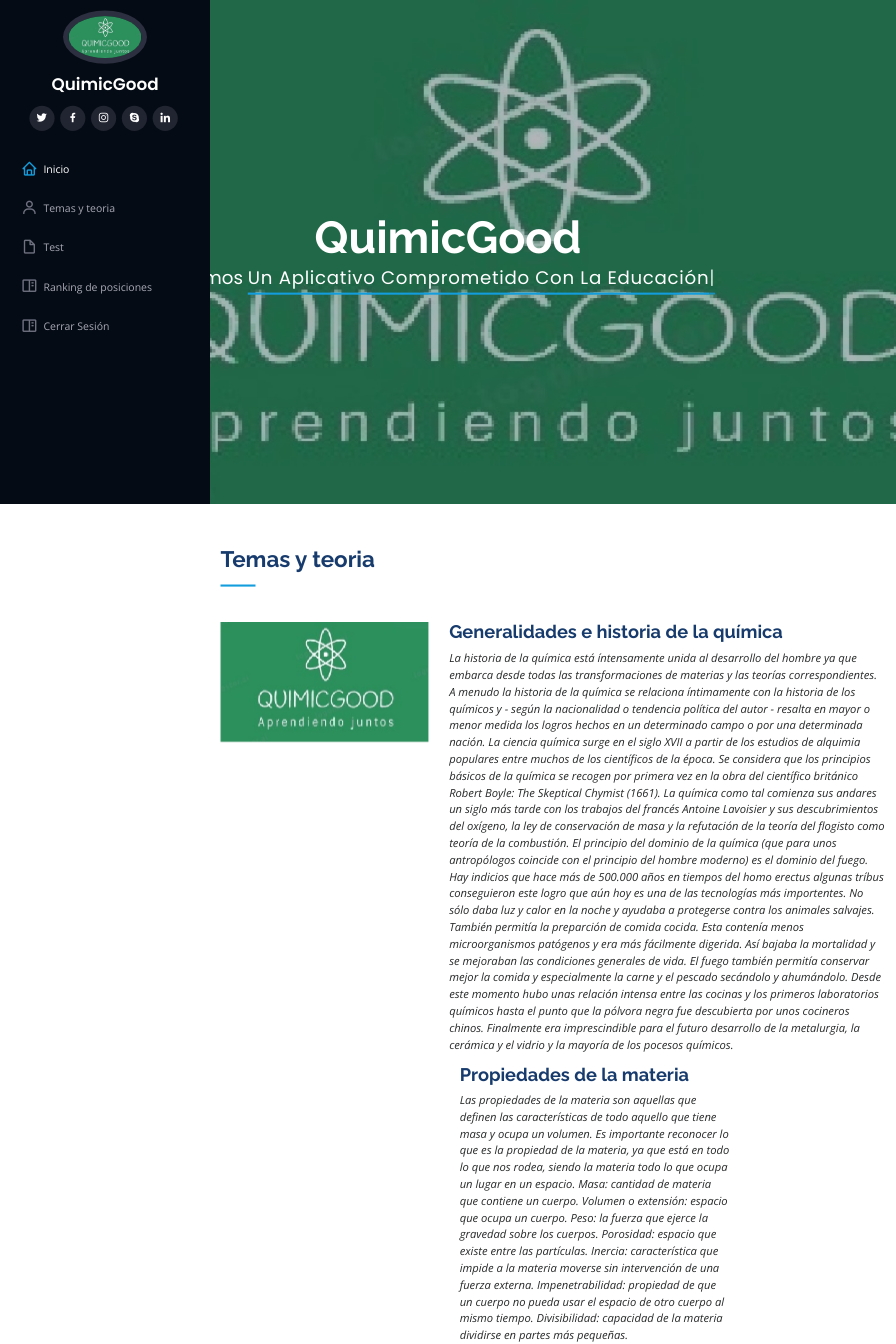
Repository: Ath-200/Quimic_G
Page: index.html
An editor plug-in stored every save of this project. The page is shown before and after the next save, followed by the edit.
The browser window is 1280 px wide. The pictures show the part of the page from y = 0 to 1920 px (the page is 3573 px tall), at 70% of full size.
Backgrounds fixed to the window are drawn as part of the page.

Above is the page before, as saved 2020-10-02 09:32:15.

### index.html
<!DOCTYPE html>
<html lang="en">

<head>
  <meta charset="utf-8">
  <meta content="width=device-width, initial-scale=1.0" name="viewport">

  <title>Quimic Good</title>
  <meta content="" name="description">
  <meta content="" name="keywords">

  <!-- Favicons -->
  <link href="assets/img/favicon.png" rel="icon">
  <link href="assets/img/apple-touch-icon.png" rel="apple-touch-icon">

  <!-- Google Fonts -->
  <link href="https://fonts.googleapis.com/css?family=Open+Sans:300,300i,400,400i,600,600i,700,700i|Raleway:300,300i,400,400i,500,500i,600,600i,700,700i|Poppins:300,300i,400,400i,500,500i,600,600i,700,700i" rel="stylesheet">

  <!-- Vendor CSS Files -->
  <link href="assets/vendor/bootstrap/css/bootstrap.min.css" rel="stylesheet">
  <link href="assets/vendor/icofont/icofont.min.css" rel="stylesheet">
  <link href="assets/vendor/boxicons/css/boxicons.min.css" rel="stylesheet">
  <link href="assets/vendor/venobox/venobox.css" rel="stylesheet">
  <link href="assets/vendor/owl.carousel/assets/owl.carousel.min.css" rel="stylesheet">
  <link href="assets/vendor/aos/aos.css" rel="stylesheet">

  <!-- Template Main CSS File -->
  <link href="assets/css/style.css" rel="stylesheet">

  <!-- =======================================================
  * Template Name: iPortfolio - v1.4.0
  * Template URL: https://bootstrapmade.com/iportfolio-bootstrap-portfolio-websites-template/
  * Author: BootstrapMade.com
  * License: https://bootstrapmade.com/license/
  ======================================================== -->
</head>

<body>

  <!-- ======= Mobile nav toggle button ======= -->
  <button type="button" class="mobile-nav-toggle d-xl-none"><i class="icofont-navigation-menu"></i></button>

  <!-- ======= Header ======= -->
  <header id="header">
    <div class="d-flex flex-column">

      <div class="profile">
        <img src="assets/img/profile-img.jpg" alt="" class="img-fluid rounded-circle">
        <h1 class="text-light"><a href="index.html">QuimicGood</a></h1>
        <div class="social-links mt-3 text-center">
          <a href="#" class="twitter"><i class="bx bxl-twitter"></i></a>
          <a href="https://www.facebook.com/Parchados-En-San-Nicolas-106888007661043/" class="facebook"><i class="bx bxl-facebook"></i></a>
          <a href="#" class="instagram"><i class="bx bxl-instagram"></i></a>
          <a href="#" class="google-plus"><i class="bx bxl-skype"></i></a>
          <a href="#" class="linkedin"><i class="bx bxl-linkedin"></i></a>
        </div>
      </div>

      <nav class="nav-menu">
        <ul>
          <li class="active"><a href="index.html"><i class="bx bx-home"></i> <span>Inicio</span></a></li>
          <li><a href="#about"><i class="bx bx-user"></i> <span>Temas y teoria</span></a></li>
          <li><a href="#resume"><i class="bx bx-file-blank"></i> <span>Test</span></a></li>
          <li><a href="#portfolio"><i class="bx bx-book-content"></i>Ranking de posiciones</a></li>
          <li><a href="Login.html"><i class="bx bx-book-content"></i>Cerrar Sesión</a></li>

        </ul>
      </nav><!-- .nav-menu -->
      <button type="button" class="mobile-nav-toggle d-xl-none"><i class="icofont-navigation-menu"></i></button>

    </div>
  </header><!-- End Header -->

  <!-- ======= Hero Section ======= -->
  <section id="hero" class="d-flex flex-column justify-content-center align-items-center">
    <div class="hero-container" data-aos="fade-in">
      <h1><br><center>QuimicGood</center> </h1>
      <p>Somos <span class="typed" data-typed-items="Un Aplicativo Comprometido Con La Educación, Capacitados Para Formar Estudiantes Y Docentes"></span></p>
    </div>
  </section><!-- End Hero -->

  <main id="main">

    <!-- ======= About Section ======= -->
    <section id="about" class="about">
      <div class="container">

        <div class="section-title">
          <h2>Temas y teoria</h2>

        </div>

        <div class="row">
          <div class="col-lg-4" data-aos="fade-right">
            <img src="assets/img/profile-img.jpg" class="img-fluid" alt="">
          </div>
          <div class="col-lg-8 pt-4 pt-lg-0 content" data-aos="fade-left">
            <h3>Generalidades e historia de la química</h3>
            <p class="font-italic">
              La historia de la química está íntensamente unida al desarrollo del hombre ya que embarca desde todas las transformaciones de materias y las teorías correspondientes. A menudo la historia de la química se relaciona íntimamente con la historia de los químicos y - según la nacionalidad o tendencia política del autor - resalta en mayor o menor medida los logros hechos en un determinado campo o por una determinada nación.
              La ciencia química surge en el siglo XVII a partir de los estudios de alquimia populares entre muchos de los científicos de la época. Se considera que los principios básicos de la química se recogen por primera vez en la obra del científico británico Robert Boyle: The Skeptical Chymist (1661). La química como tal comienza sus andares un siglo más tarde con los trabajos del francés Antoine Lavoisier y sus descubrimientos del oxígeno,
              la ley de conservación de masa y la refutación de la teoría del flogisto como teoría de la combustión.
              El principio del dominio de la química (que para unos antropólogos coincide con el principio del hombre moderno) es el dominio del fuego. Hay indicios que hace más de 500.000 años en tiempos del homo erectus algunas tríbus conseguieron este logro que aún hoy es una de las tecnologías más importentes. No sólo daba luz y calor en la noche y ayudaba a protegerse contra los animales salvajes. También permitía la preparción de comida cocida. Esta contenía menos microorganismos patógenos y era más fácilmente digerida. Así bajaba la mortalidad y se mejoraban las condiciones generales de vida.

             El fuego también permitía conservar mejor la comida y especialmente la carne y el pescado secándolo y ahumándolo.
             Desde este momento hubo unas relación intensa entre las cocinas y los primeros laboratorios químicos hasta el punto que la pólvora negra fue descubierta por unos cocineros chinos.
             Finalmente era imprescindible para el futuro desarrollo de la metalurgia, la cerámica y el vidrio y la mayoría de los pocesos químicos.
             </p>
            <div class="col-lg-8 pt-4 pt-lg-0 content" data-aos="fade-left">
              <h3>Propiedades de la materia</h3>
              <p class="font-italic">
                Las propiedades de la materia son aquellas que definen las características de todo aquello que tiene masa y ocupa un volumen.
                Es importante reconocer lo que es la propiedad de la materia, ya que está en todo lo que nos rodea,
                siendo la materia todo lo que ocupa un lugar en un espacio.
               Masa: cantidad de materia que contiene un cuerpo.
               Volumen o extensión: espacio que ocupa un cuerpo.
               Peso: la fuerza que ejerce la gravedad sobre los cuerpos.
               Porosidad: espacio que existe entre las partículas.
               Inercia: característica que impide a la materia moverse sin intervención de una fuerza externa.
               Impenetrabilidad: propiedad de que un cuerpo no pueda usar el espacio de otro cuerpo al mismo tiempo.
               Divisibilidad: capacidad de la materia dividirse en partes más pequeñas.
              </p>
            </div>
            <div class="col-lg-8 pt-4 pt-lg-0 content" data-aos="fade-left">
              <h3>Modelos atómicos</h3>
              <p class="font-italic">
                El modelo atómico es una representación estructural de un átomo que trata de explicar su comportamiento y propiedades.
                Modelo atómico de Demócrito (450 a.C.)
               Modelo atómico de Dalton (1803 d.C.)
               Modelo atómico de Lewis (1902 d.C.)
               Modelo atómico de Thomson (1904 d.C.)
               Modelo atómico de Rutherford (1911 d.C.)
               Modelo atómico de Bohr (1913 d.C.)
               Modelo atómico de Sommerfeld (1916 d.C.)
            </div>
            <div class="col-lg-8 pt-4 pt-lg-0 content" data-aos="fade-left">
              <h3>Enlaces quimicos</h3>
              <p class="font-italic">
                Conocemos como enlaces químicos a la fusión de átomos y moléculas para formar compuestos químicos más grandes y complejos dotados de estabilidad.
                En este proceso los átomos o moléculas alteran sus propiedades físicas y químicas, constituyendo nuevas sustancias homogéneas (no mezclas),
                inseparables a través de mecanismos físicos como el filtrado o el tamizado.
                Tipos de enlace químico:
                Enlace covalente.
                Enlace iónico.
                Enlace metálico
            </div>

          </div>

        </div>

      </div>
    </section><!-- End Resume Section -->

    <!-- ======= Portfolio Section ======= -->
    <section id="portfolio" class="portfolio section-bg">
      <div class="container">

        <div class="section-title">
          <h2>Test</h2>
        </div>

        <div class="row" data-aos="fade-up">
          <div class="col-lg-12 d-flex justify-content-center">
            <ul id="portfolio-flters">
              <li data-filter="*" class="filter-active">¿Como surge la química? Justifica tu respuesta</li>
              <li data-filter=".filter-app">App</li>
              <li data-filter=".filter-card">Card</li>
              <li data-filter=".filter-web">Web</li>
            </ul>
          </div>
        </div>

        <div class="row portfolio-container" data-aos="fade-up" data-aos-delay="100">

          <div class="col-lg-4 col-md-6 portfolio-item filter-app">
            <div class="portfolio-wrap">
              <img src="assets/img/portfolio/portfolio-1.jpg" class="img-fluid" alt="">
              <div class="portfolio-links">
                <a href="assets/img/portfolio/portfolio-1.jpg" data-gall="portfolioGallery" class="venobox" title="App 1"><i class="bx bx-plus"></i></a>
                <a href="portfolio-details.html" title="More Details"><i class="bx bx-link"></i></a>
              </div>
            </div>
          </div>

          <div class="col-lg-4 col-md-6 portfolio-item filter-web">
            <div class="portfolio-wrap">
              <img src="assets/img/portfolio/portfolio-2.jpg" class="img-fluid" alt="">
              <div class="portfolio-links">
                <a href="assets/img/portfolio/portfolio-2.jpg" data-gall="portfolioGallery" class="venobox" title="Web 3"><i class="bx bx-plus"></i></a>
                <a href="portfolio-details.html" title="More Details"><i class="bx bx-link"></i></a>
              </div>
            </div>
          </div>

          <div class="col-lg-4 col-md-6 portfolio-item filter-app">
            <div class="portfolio-wrap">
              <img src="assets/img/portfolio/portfolio-3.jpg" class="img-fluid" alt="">
              <div class="portfolio-links">
                <a href="assets/img/portfolio/portfolio-3.jpg" data-gall="portfolioGallery" class="venobox" title="App 2"><i class="bx bx-plus"></i></a>
                <a href="portfolio-details.html" title="More Details"><i class="bx bx-link"></i></a>
              </div>
            </div>
          </div>

          <div class="col-lg-4 col-md-6 portfolio-item filter-card">
            <div class="portfolio-wrap">
              <img src="assets/img/portfolio/portfolio-4.jpg" class="img-fluid" alt="">
              <div class="portfolio-links">
                <a href="assets/img/portfolio/portfolio-4.jpg" data-gall="portfolioGallery" class="venobox" title="Card 2"><i class="bx bx-plus"></i></a>
                <a href="portfolio-details.html" title="More Details"><i class="bx bx-link"></i></a>
              </div>
            </div>
          </div>

          <div class="col-lg-4 col-md-6 portfolio-item filter-web">
            <div class="portfolio-wrap">
              <img src="assets/img/portfolio/portfolio-5.jpg" class="img-fluid" alt="">
              <div class="portfolio-links">
                <a href="assets/img/portfolio/portfolio-5.jpg" data-gall="portfolioGallery" class="venobox" title="Web 2"><i class="bx bx-plus"></i></a>
                <a href="portfolio-details.html" title="More Details"><i class="bx bx-link"></i></a>
              </div>
            </div>
          </div>

          <div class="col-lg-4 col-md-6 portfolio-item filter-app">
            <div class="portfolio-wrap">
              <img src="assets/img/portfolio/portfolio-6.jpg" class="img-fluid" alt="">
              <div class="portfolio-links">
                <a href="assets/img/portfolio/portfolio-6.jpg" data-gall="portfolioGallery" class="venobox" title="App 3"><i class="bx bx-plus"></i></a>
                <a href="portfolio-details.html" title="More Details"><i class="bx bx-link"></i></a>
              </div>
            </div>
          </div>

          <div class="col-lg-4 col-md-6 portfolio-item filter-card">
            <div class="portfolio-wrap">
              <img src="assets/img/portfolio/portfolio-7.jpg" class="img-fluid" alt="">
              <div class="portfolio-links">
                <a href="assets/img/portfolio/portfolio-7.jpg" data-gall="portfolioGallery" class="venobox" title="Card 1"><i class="bx bx-plus"></i></a>
                <a href="portfolio-details.html" title="More Details"><i class="bx bx-link"></i></a>
              </div>
            </div>
          </div>

          <div class="col-lg-4 col-md-6 portfolio-item filter-card">
            <div class="portfolio-wrap">
              <img src="assets/img/portfolio/portfolio-8.jpg" class="img-fluid" alt="">
              <div class="portfolio-links">
                <a href="assets/img/portfolio/portfolio-8.jpg" data-gall="portfolioGallery" class="venobox" title="Card 3"><i class="bx bx-plus"></i></a>
                <a href="portfolio-details.html" title="More Details"><i class="bx bx-link"></i></a>
              </div>
            </div>
          </div>

          <div class="col-lg-4 col-md-6 portfolio-item filter-web">
            <div class="portfolio-wrap">
              <img src="assets/img/portfolio/portfolio-9.jpg" class="img-fluid" alt="">
              <div class="portfolio-links">
                <a href="assets/img/portfolio/portfolio-9.jpg" data-gall="portfolioGallery" class="venobox" title="Web 3"><i class="bx bx-plus"></i></a>
                <a href="portfolio-details.html" title="More Details"><i class="bx bx-link"></i></a>
              </div>
            </div>
          </div>

        </div>

      </div>
    </section><!-- End Portfolio Section -->
   <center> <a href="https://docs.google.com/forms/d/e/1FAIpQLSdKEG9_EhmqxEkPTEg8DegJ32c6P_874n0MmtBQapv9Ea1xGw/viewform?embedded=true""><h1>Llena el Siguiente Test</h1></a></center>
    <!-- ======= Services Section ======= -->

  </footer><!-- End  Footer -->

  <a href="#" class="back-to-top"><i class="icofont-simple-up"></i></a>

  <!-- Vendor JS Files -->
  <script src="assets/vendor/jquery/jquery.min.js"></script>
  <script src="assets/vendor/bootstrap/js/bootstrap.bundle.min.js"></script>
  <script src="assets/vendor/jquery.easing/jquery.easing.min.js"></script>
  <script src="assets/vendor/php-email-form/validate.js"></script>
  <script src="assets/vendor/waypoints/jquery.waypoints.min.js"></script>
  <script src="assets/vendor/counterup/counterup.min.js"></script>
  <script src="assets/vendor/isotope-layout/isotope.pkgd.min.js"></script>
  <script src="assets/vendor/venobox/venobox.min.js"></script>
  <script src="assets/vendor/owl.carousel/owl.carousel.min.js"></script>
  <script src="assets/vendor/typed.js/typed.min.js"></script>
  <script src="assets/vendor/aos/aos.js"></script>

  <!-- Template Main JS File -->
  <script src="assets/js/main.js"></script>

</body>

</html>

Loaded but not shown: assets/vendor/bootstrap/css/bootstrap.min.css (library); assets/vendor/icofont/icofont.min.css (library); assets/vendor/boxicons/css/boxicons.min.css (library); assets/vendor/venobox/venobox.css (library); assets/vendor/owl.carousel/assets/owl.carousel.min.css (library); assets/vendor/aos/aos.css (library); assets/vendor/jquery/jquery.min.js (library); assets/vendor/bootstrap/js/bootstrap.bundle.min.js (library); assets/vendor/jquery.easing/jquery.easing.min.js (common file); assets/vendor/php-email-form/validate.js (library); assets/vendor/waypoints/jquery.waypoints.min.js (library); assets/vendor/counterup/counterup.min.js (common file); assets/vendor/isotope-layout/isotope.pkgd.min.js (library); assets/vendor/venobox/venobox.min.js (library); assets/vendor/owl.carousel/owl.carousel.min.js (library); assets/vendor/typed.js/typed.min.js (library); assets/vendor/aos/aos.js (library); assets/js/main.js (193 lines, source omitted); assets/css/style.css (1082 lines, source omitted)

After the next save:
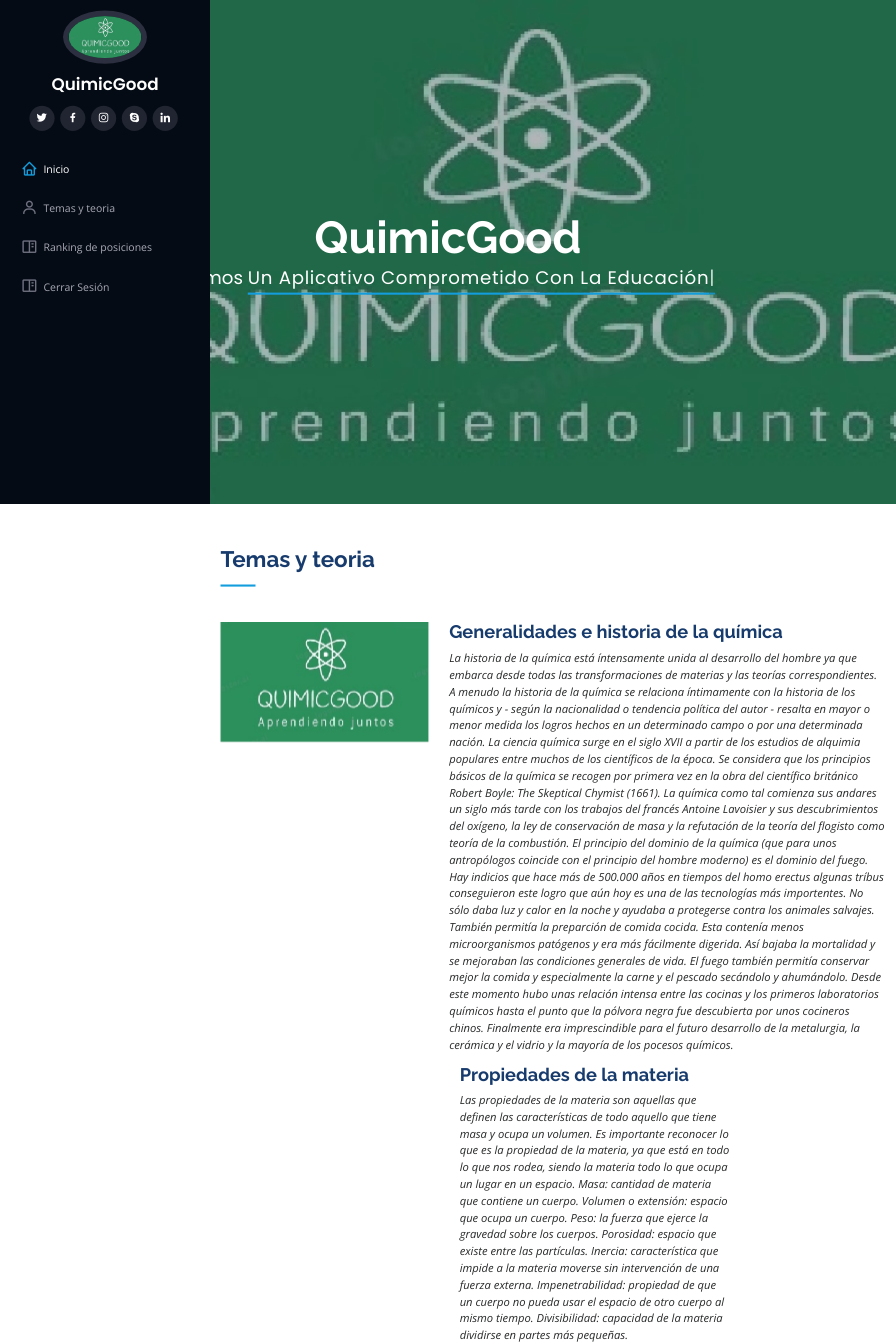
Saved 25 min 44 s later.
--- a/index.html
+++ b/index.html
@@ -60,7 +60,6 @@
         <ul>
           <li class="active"><a href="index.html"><i class="bx bx-home"></i> <span>Inicio</span></a></li>
           <li><a href="#about"><i class="bx bx-user"></i> <span>Temas y teoria</span></a></li>
-          <li><a href="#resume"><i class="bx bx-file-blank"></i> <span>Test</span></a></li>
           <li><a href="#portfolio"><i class="bx bx-book-content"></i>Ranking de posiciones</a></li>
           <li><a href="Login.html"><i class="bx bx-book-content"></i>Cerrar Sesión</a></li>
 
@@ -157,7 +156,7 @@
       <div class="container">
 
         <div class="section-title">
-          <h2>Test</h2>
+          <h2>Ranking de posiciones</h2>
         </div>
 
         <div class="row" data-aos="fade-up">
